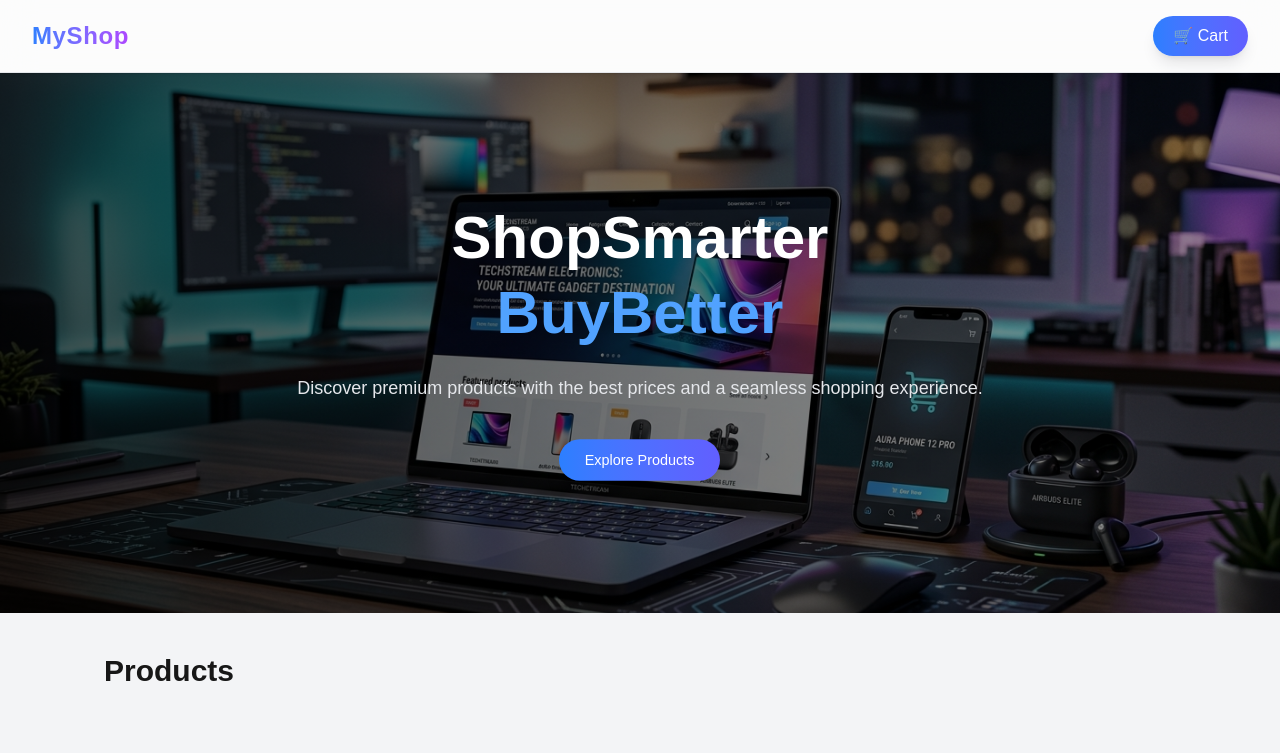
Repository: dipto230/nexist-task
Page: / (app in frontend/)
These files come from the project's save history. The page is drawn as it stood at one moment and after a run of saves; the edit follows.
The browser window is 1280 px wide. The pictures show the whole page.
The page's requests for data from a server got no answer. The project was rebuilt for these pictures with package versions that can differ from the ones it lists, and the page was loaded fresh each time. The framework's server and built-in components were replaced by stand-ins that run in the browser. No one was signed in, and anything a server would have sent is missing. Also part of the build but not shown: frontend/next.config.ts.

Above is the page before, as saved 2026-04-30 03:59:25.

After the next 2 saves:
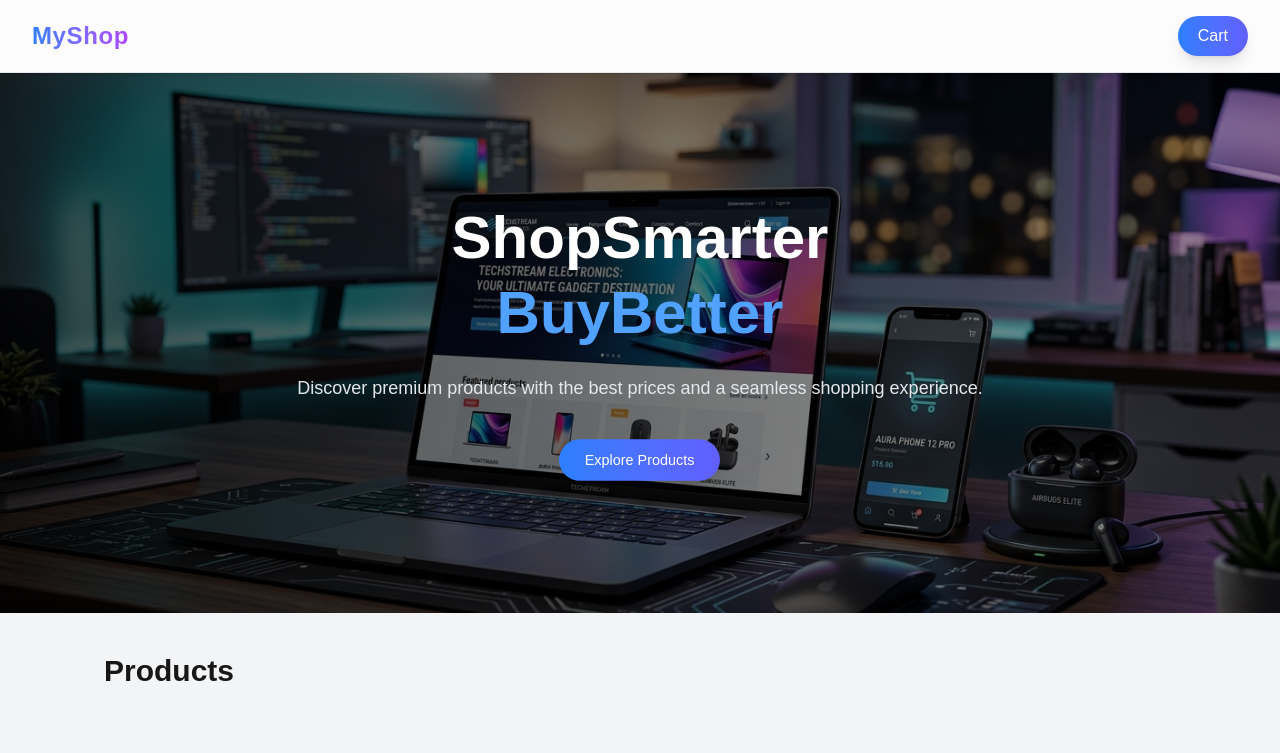
The 2 saves are shown as one change because they came seconds apart.
The last was saved 58 s later.
--- a/frontend/src/components/Navbar.tsx
+++ b/frontend/src/components/Navbar.tsx
@@ -35,7 +35,7 @@ export default function Navbar() {
         onClick={() => router.push("/cart")}
         className="relative flex items-center gap-2 bg-gradient-to-r from-blue-500 to-indigo-500 text-white px-5 py-2 rounded-full shadow-lg hover:scale-105 active:scale-95 transition"
       >
-        🛒 Cart
+       Cart
 
 
         {cartItems.length > 0 && (
